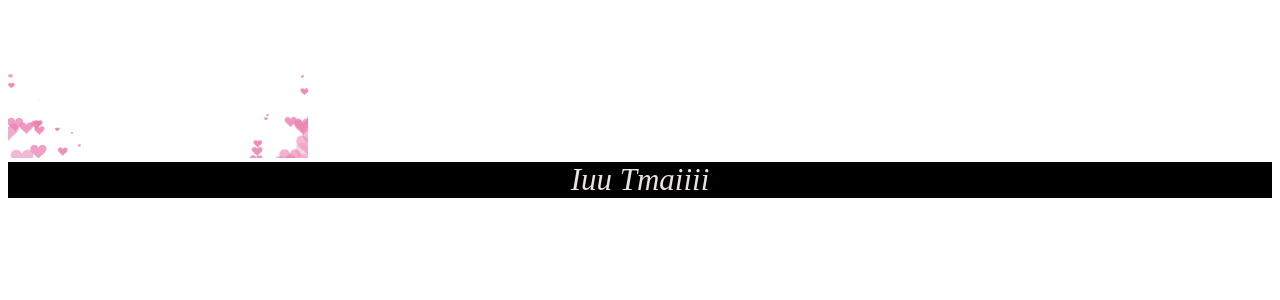
Repository: NgocQuang2005/TMaiii
Page: trenltraitim.html
These files come from the project's save history. The page is drawn as it stood at one moment and after the next save; the edit follows.
The browser window is 1280 px wide. The pictures show the whole page.

Above is the page before, as saved 2024-10-20 22:38:30.

After the next save:
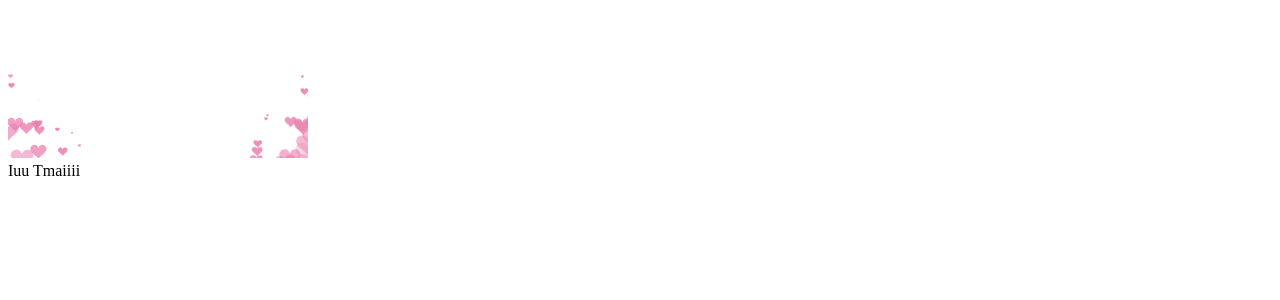
Saved 5 s later.
--- a/trenltraitim.html
+++ b/trenltraitim.html
@@ -10,25 +10,7 @@
   <body>
     <canvas id="pinkboard"></canvas>
 
-    <div
-      class="center-text love"
-      ,
-      style="
-        background-color: rgb(0, 0, 0);
-        width: 100%;
-        color: rgb(232, 226, 230);
-        height: 100%;
-        font-size: 31px;
-        font-style: italic;
-        display: flex;
-        align-items: center;
-        justify-content: center;
-        margin-bottom: 5px;
-        text-align: center;
-      "
-    >
-      Iuu Tmaiiii
-    </div>
+    <div class="center-text love" , style="">Iuu Tmaiiii</div>
   </body>
   <script>
     for (var i = 0; i <= 1000; i++) {
